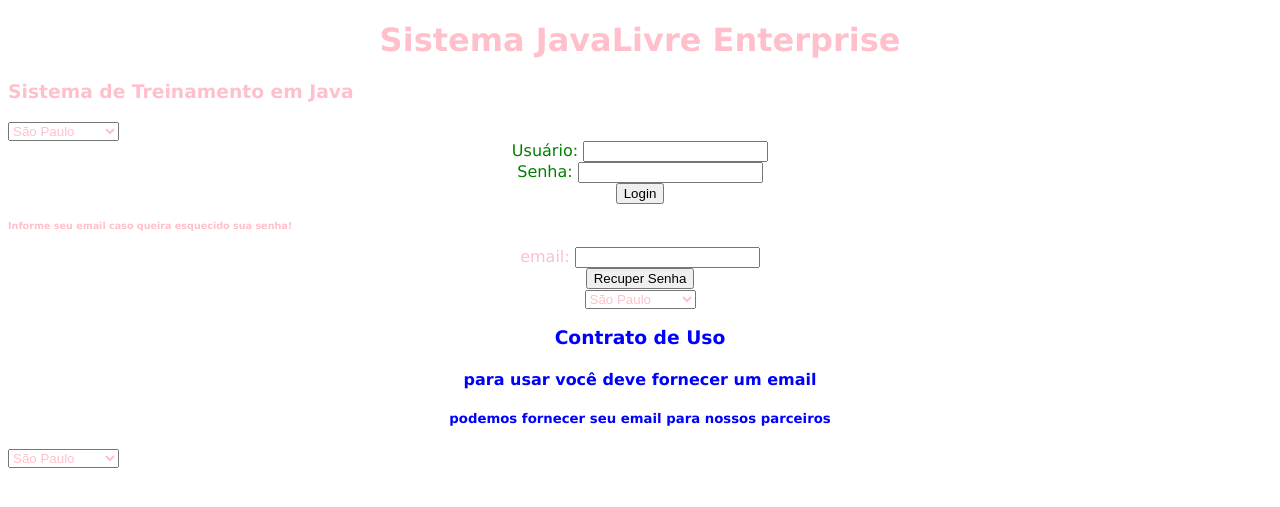
Repository: marciojv/treina-java
Page: workspace/JavaLivre/src/html/login.html
The author's editor kept a copy of each file at every save. The page is drawn from the files as they stood at one save, then again after the next save.
The browser window is 1280 px wide. The pictures show the whole page.

Above is the page before, as saved 2017-06-10 16:37:48.

### workspace/JavaLivre/src/html/login.html
<!DOCTYPE html>
<html>
<head>

<link rel="stylesheet" type="text/css" href="css/javalivre.css">

<style type="text/css">


/*

#form1 select {
    color: yellow;
}


form select {
    color: yellow;
}


# os dois elementos recebem os atributos
form select {
    color: yellow;
}

# muda os elementos select que estao dentro de qualquer form
form > select {
    color: yellow;
}



:focus {
    color: pink;
}


*/


div {
   color: blue;
   text-align: center;
}

h1 {
  text-align: center;
}

#h5recupera {
  font-size: 60%;
}

.contrato {
    text-align: center;
    color: blue;
}

</style>


<meta charset="UTF-8">
<title>Login</title>
</head>
<body>
<h1>Sistema JavaLivre Enterprise</h1>
<h3>Sistema de Treinamento em Java</h3>

<form id="form1" action="login.html">

<select name="estado" >
  <option value="PR">Paraná</option>
  <option value="SC">Santa Catarina</option>
  <option selected value="SP">São Paulo</option>
</select>

<div id="divlogin" style="color:green" >
Usuário: <input type="text" name="login"><br>
Senha:   <input type="text" name="senha"><br>
         <input type="submit" value="Login"><br>
</div>

</form>

<h5 id="h5recupera" >Informe seu email caso queira esquecido sua senha!</h5>
<div id="divrecupera">
<form action="login.html">
email: <input type="email" name="email"><br>
       <input type="submit" value="Recuper Senha"><br>

<select name="estadorecupera" >
  <option value="PR">Paraná</option>
  <option value="SC">Santa Catarina</option>
  <option selected value="SP">São Paulo</option>
</select>

</form>
</div>

<h3 class="contrato" >Contrato de Uso</h3>
<h4 class="contrato" >para usar você deve fornecer um email</h4>
<h5 class="contrato" >podemos fornecer seu email para nossos parceiros</h5>

<select name="estadocontrato" >
  <option value="PR">Paraná</option>
  <option value="SC">Santa Catarina</option>
  <option selected value="SP">São Paulo</option>
</select>

</body>




</html>

### workspace/JavaLivre/src/html/css/javalivre.css
@CHARSET "UTF-8";

body {
  color: red;
  font-family: verdana;
}


form,select,body {
    color: pink;
}


/*
select {
    color: pink;
}
*/


/* Adiciona o Css a todos elementos */
/*
* {
	color: pink;
}
*/

After the next save:
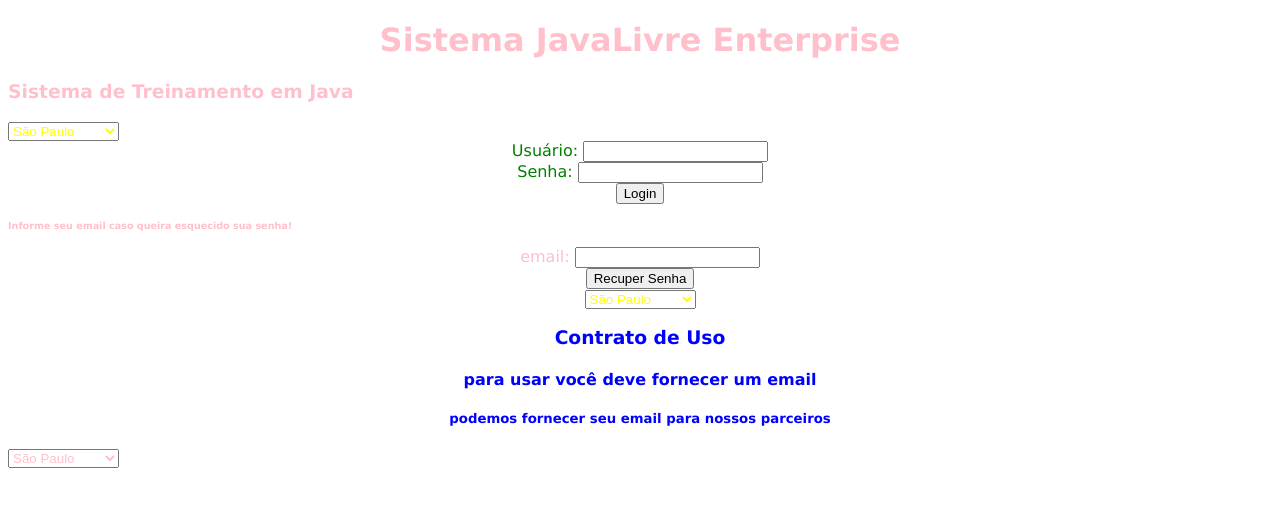
Saved 77 s later.
--- a/workspace/JavaLivre/src/html/css/javalivre.css
+++ b/workspace/JavaLivre/src/html/css/javalivre.css
@@ -8,6 +8,10 @@ body {
 
 form,select,body {
     color: pink;
+}
+
+form > select {
+	color: yellow;
 }
 
 
